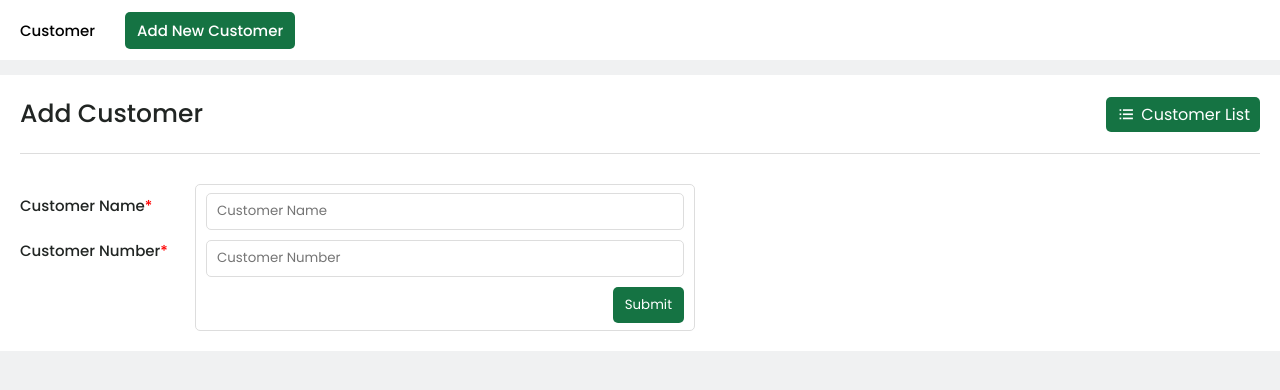
Repository: codebyaddro/customer-page
Page: pages/html/ancus.html
The author's editor kept a copy of each file at every save. The page is drawn from the files as they stood at one save, then again after the next save.
The browser window is 1280 px wide. The pictures show the whole page.

Above is the page before, as saved 2025-02-20 15:25:29.

### pages/html/ancus.html
<!DOCTYPE html>
<html lang="en">
<head>
    <meta charset="UTF-8">
    <meta name="viewport" content="width=device-width, initial-scale=1.0">
    <!-- CSS -->
    <link rel="stylesheet" href="/pages/css/ancus.css">
    <!-- Icons -->
    <link href='https://unpkg.com/boxicons@2.1.4/css/boxicons.min.css' rel='stylesheet'>
    <title>Add New Customer - Page</title>
</head>
<body style="background-color: var(--gray-white);">
    <div class="cba-add-new-cus-container">
        <div class="cba-ancus-top-menus">
            <ul>
                <li><a href="/index.html" class="cba-ancus-light-up">Customer</a></li>
                <li><a href="/inner-pages/html/anc.html" class="cba-ancus-active-menu">Add New Customer</a></li>
            </ul>
        </div>
        <div class="cba-ancus-add-container">
            <div class="cba-ancus-heading-add-new-btn">
                <div class="cba-ancus-heading">
                    <h2>Add Customer</h2>
                </div>
                <div class="cba-ancus-cate-list-btn">
                    <i class='cba-ancus-add-icon bx bx-list-ul'></i>
                    <a href="/index.html">Customer List</a>
                </div>
            </div>
            <div class="cba-ancus-category-add-field">
                <div class="cba-ancus-form-con">
                    <div class="cba-ancus-label">
                        <label for="customer-name">Customer Name<span class="cba-ancus-required">*</span></label>
                        <label for="customer-number">Customer Number<span class="cba-ancus-required">*</span></label>
                    </div>
                    <div class="cba-ancus-input">
                        <input type="text" name="customer-name" id="customer-name" placeholder="Customer Name">
                        <input type="text" name="customer-number" id="customer-number" placeholder="Customer Number">
                        <div class="cba-ancus-submit-btn">
                            <input type="submit">
                        </div>
                    </div>
                </div>
            </div>
        </div>
    </div>
</body>
</html>

### pages/css/ancus.css
/* -- fonts -- */
@import url('https://fonts.googleapis.com/css2?family=Poppins:ital,wght@0,100;0,200;0,300;0,400;0,500;0,600;0,700;0,800;0,900;1,100;1,200;1,300;1,400;1,500;1,600;1,700;1,800;1,900&family=Raleway:ital,wght@0,100..900;1,100..900&family=Roboto:ital,wght@0,100;0,300;0,400;0,500;0,700;0,900;1,100;1,300;1,400;1,500;1,700;1,900&family=VT323&display=swap');

/* -- root -- */

:root {
    --gray-white: #F0F1F2;
    --white: #FFFFFF;
    --black: #000000;
    --gray-black: #DDDDDD;
    --light-black: #212523;
    --main-green: #157343;
    --main-light: #37A000;
    --light-orange: #FD7E14;
    --green: #008000;
    --light-green: #e9f6ec;
    --red: #FF0000;
    --light-red: #fbeaec;
}

/* --universal style -- */

* {
    margin: 0;
    padding: 0;
    box-sizing: border-box;
    font-family: "Poppins", serif;
}

/* -- website app text selection cursor style */

::selection {
    color: var(--white);
    background-color: var(--main-light);
}

/* -- add new container style -- */

.cba-add-new-cus-container {
    width: 100%;
}

/* -- top menus style--  */

.cba-ancus-top-menus {
    background-color: var(--white);
    display: flex;
    justify-content: left;
    align-items: center;
    height: 60px;
    padding: 0px 40px;
    margin-bottom: 15px;
}

.cba-ancus-top-menus ul {
    list-style-type: none;
    display: flex;
    gap: 30px;
    margin-left: -20px;
}

.cba-ancus-top-menus ul li a {
    text-decoration: none;
    color: var(--black);
    font-size: 15px;
    font-weight: 500;
}

/* -- active menu style -- */

.cba-ancus-active-menu {
    color: var(--white)!important;
    background-color: var(--main-green);
    padding: 8px 12px;
    border-radius: 5px;
}

/* -- menu hover style -- */

.cba-ancus-light-up:hover {
    color: var(--light-orange);
}

/* -- list container style -- */

.cba-ancus-add-container {
    background-color: var(--white);
    padding: 0px 20px;
}

/* -- heading-add-new-btn style -- */

.cba-ancus-heading-add-new-btn {
    display: flex;
    justify-content: space-between;
    align-items: center;
    border-bottom: 1px solid var(--gray-black);
    padding: 20px 0px;
}

.cba-ancus-heading h2 {
    color: var(--light-black);
    font-size: 25px;
    font-weight: 500;
}

/* -- add-new-btn style -- */

.cba-ancus-cate-list-btn {
    display: flex;
    gap: 5px;
    justify-content: baseline;
    align-items: center;
}

.cba-ancus-cate-list-btn {
    background-color: var(--main-green);
    padding: 5px 10px;
    border-radius: 5px;
}

.cba-ancus-cate-list-btn a {
    color: var(--white);
    text-decoration: none;
}

.cba-ancus-add-icon {
    color: var(--white);
    font-size: 20px;
}

/* -- customer add field style -- */

/* -- label red star style -- */
.cba-ancus-required {
    color: var(--red);
}

.cba-ancus-category-add-field {
    width: 50%;
    padding-top: 30px;
    padding-bottom: 20px;
}

.cba-ancus-form-con {
    display: grid;
    gap: 20px;
    grid-template-columns: 25% 75%;
}

.cba-ancus-form-con .cba-ancus-label {
    display: flex;
    justify-content: left;
    flex-direction: column;
}

.cba-ancus-form-con label {
    color: var(--light-black);
    font-size: 15px;
    font-weight: 500;
    margin-top: 10px;
    margin-bottom: 12px;
}

.cba-ancus-form-con input {
    display: flex;
    justify-content: left;
    flex-direction: column;
}

.cba-ancus-input {
    width: 500px!important;
    padding: 7.5px 10px;
    border: 1px solid var(--gray-black);
    border-radius: 5px;
    outline: none;
}

input[type="text"] {
    width: 100%;
    padding: 7.5px 10px;
    border: 1px solid var(--gray-black);
    border-radius: 5px;
    outline: none;
    margin-top: 0px;
    margin-bottom: 10px;
}

select {
    width: 100%;
    padding: 7.5px 10px;
    border: 1px solid var(--gray-black);
    border-radius: 5px;
    outline: none;
    appearance: none;
}

.cba-ancus-submit-btn {
    display: flex;
    justify-content: right;
    margin-top: 10px;
}

input[type="submit"] {
    background-color: var(--main-green);
    color: var(--white);
    border: none;
    border-radius: 5px;
    padding: 8px 12px;
    cursor: pointer;
}

After the next save:
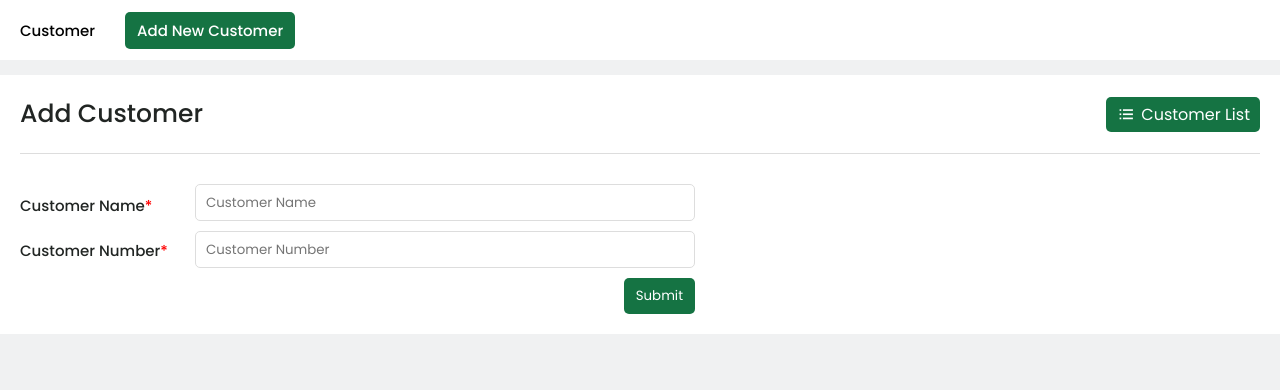
Saved 14 s later.
--- a/pages/css/ancus.css
+++ b/pages/css/ancus.css
@@ -170,8 +170,6 @@
 
 .cba-ancus-input {
     width: 500px!important;
-    padding: 7.5px 10px;
-    border: 1px solid var(--gray-black);
     border-radius: 5px;
     outline: none;
 }
